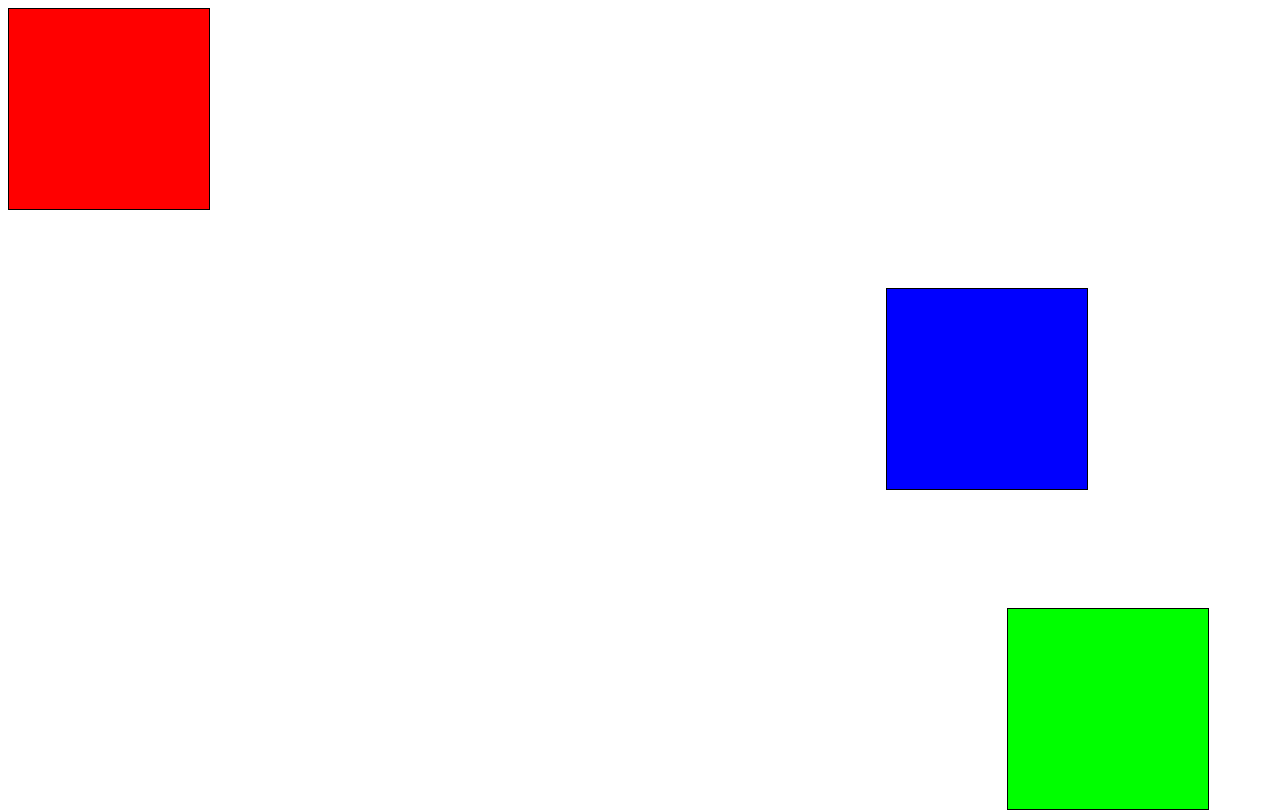
Repository: Divineridh/LPPAChallenges
Page: Trabajos en Clase/ejercicio cajas positions/index.html
An editor plug-in stored every save of this project. The page is shown before and after the next save, followed by the edit.
The browser window is 1280 px wide. The pictures show the whole page.

Above is the page before, as saved 2022-05-03 20:56:51.

After the next save:
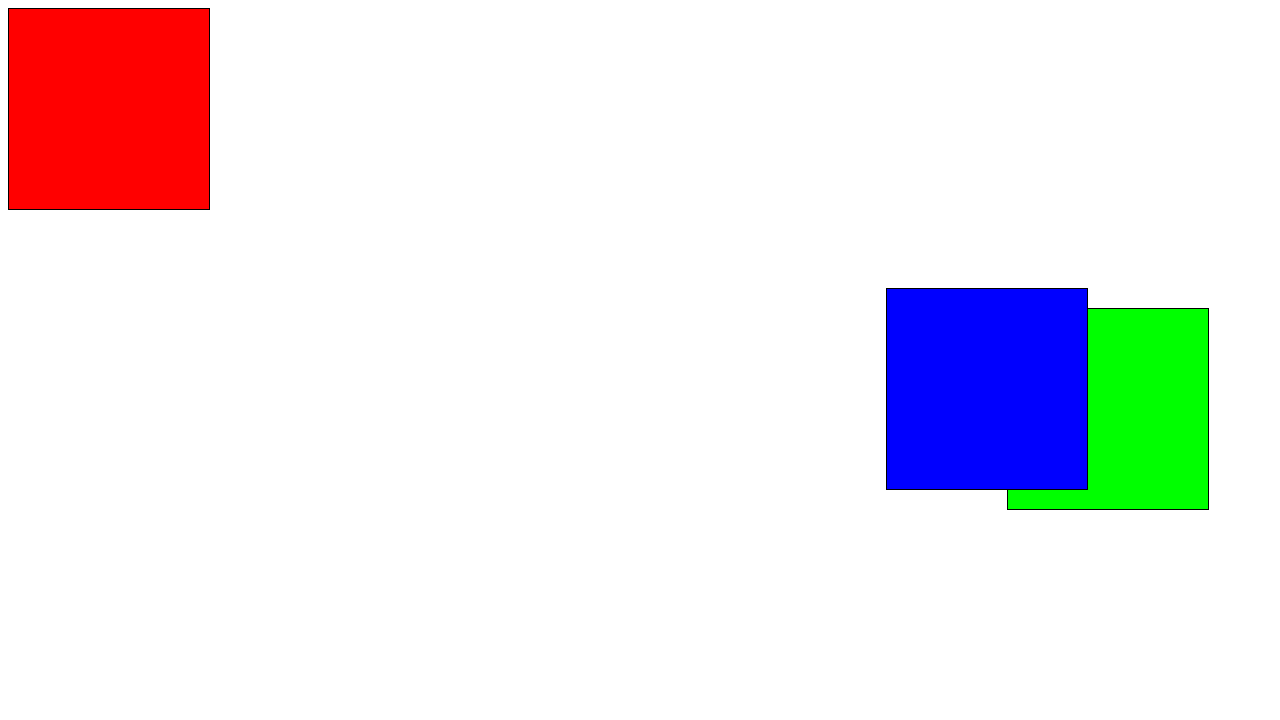
Saved 7 s later.
--- a/Trabajos en Clase/ejercicio cajas positions/style.css
+++ b/Trabajos en Clase/ejercicio cajas positions/style.css
@@ -6,7 +6,7 @@
 .div2 {
     background-color: #00FF00;
     position: relative;
-    top: 600px;
+    top: 300px;
     right: 5%;
     float: right;
 }
